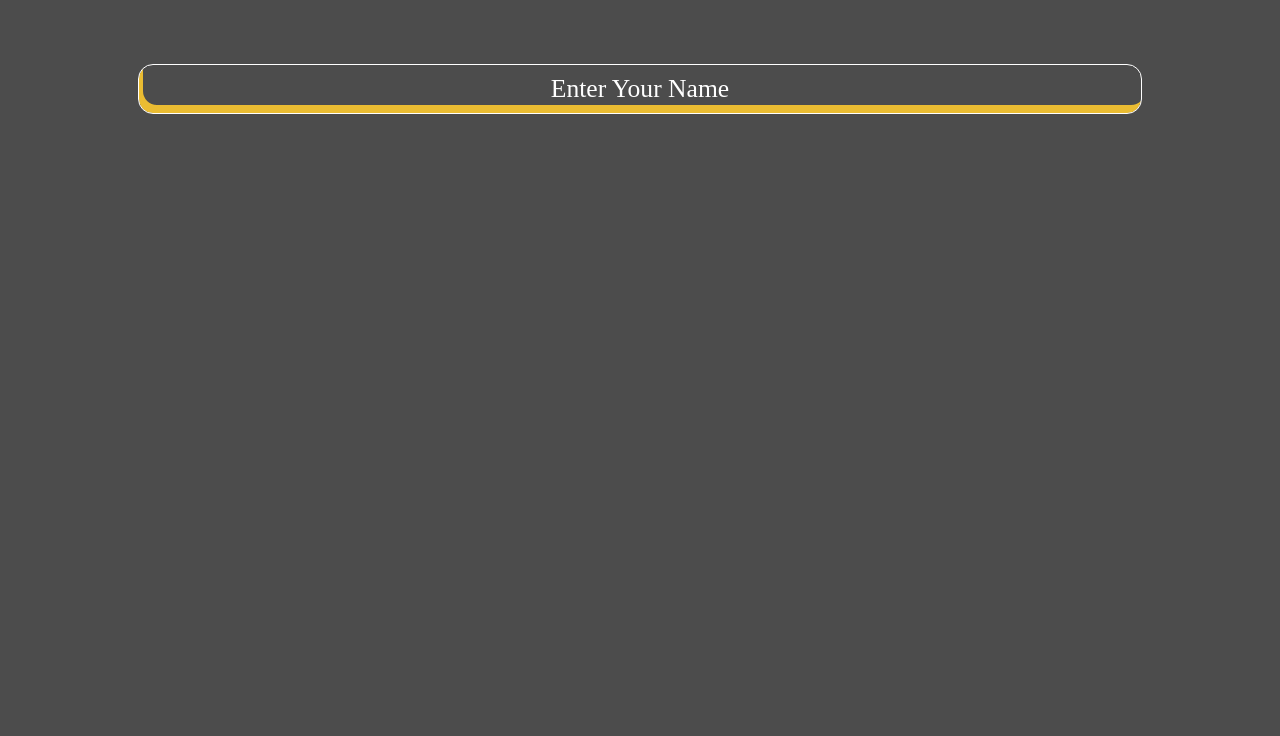
Repository: Haneef-Shaik/Greetings
Page: /
An editor plug-in stored every save of this project. The page is shown before and after the next save, followed by the edit.
The browser window is 1280 px wide. The pictures show the whole page.
The project was rebuilt for these pictures with package versions that can differ from the ones it lists, and the page was loaded fresh each time. The framework's server and built-in components were replaced by stand-ins that run in the browser. Also part of the build but not shown: next.config.js, styles/card.module.scss, components/card.js, styles/socialShare.module.scss, components/socialShare.js.

Above is the page before, as saved 2021-12-01 20:23:17.

After the next save:
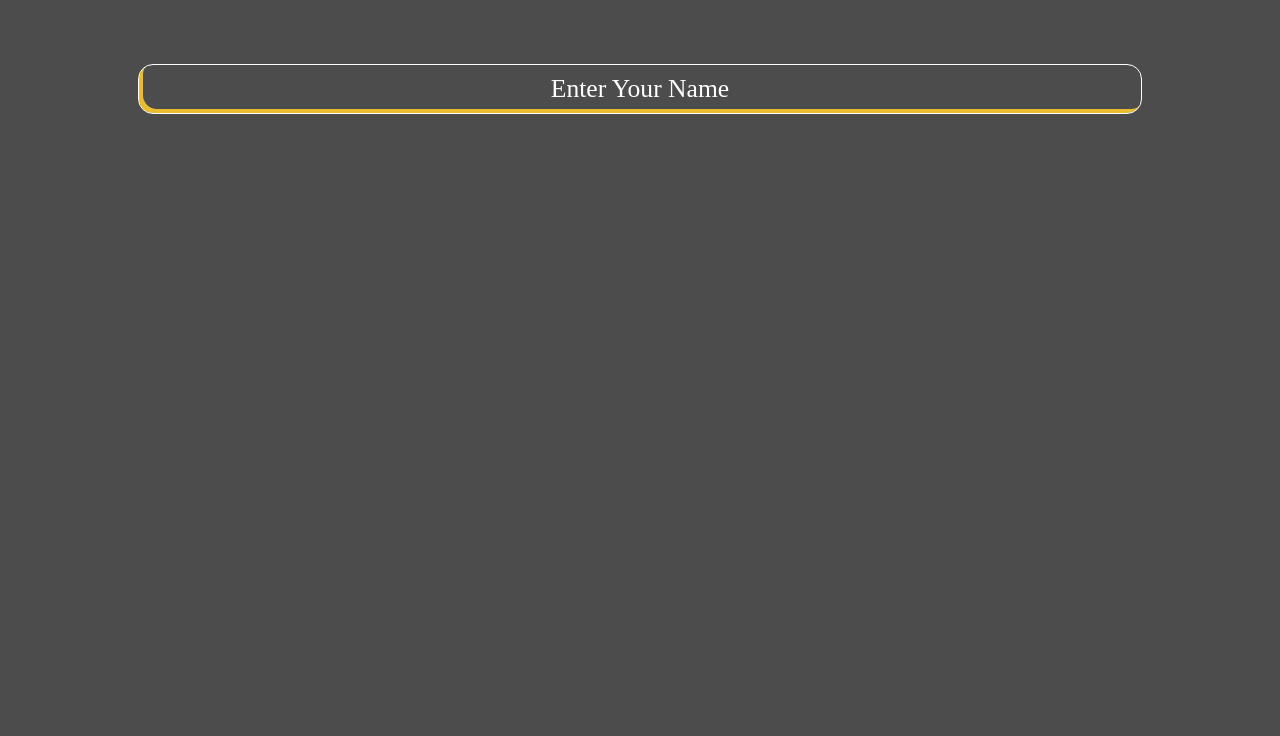
Saved 6 s later.
--- a/styles/form.module.scss
+++ b/styles/form.module.scss
@@ -11,7 +11,7 @@
         border: 1px solid #fff;
         background-color:transparent;
         border-radius:15px;
-        box-shadow: inset 4px -8px 0px #EABC32;
+        box-shadow: inset 4px -4px 0px #EABC32;
         line-height:3rem;
         &::placeholder{
             color:#fff;
